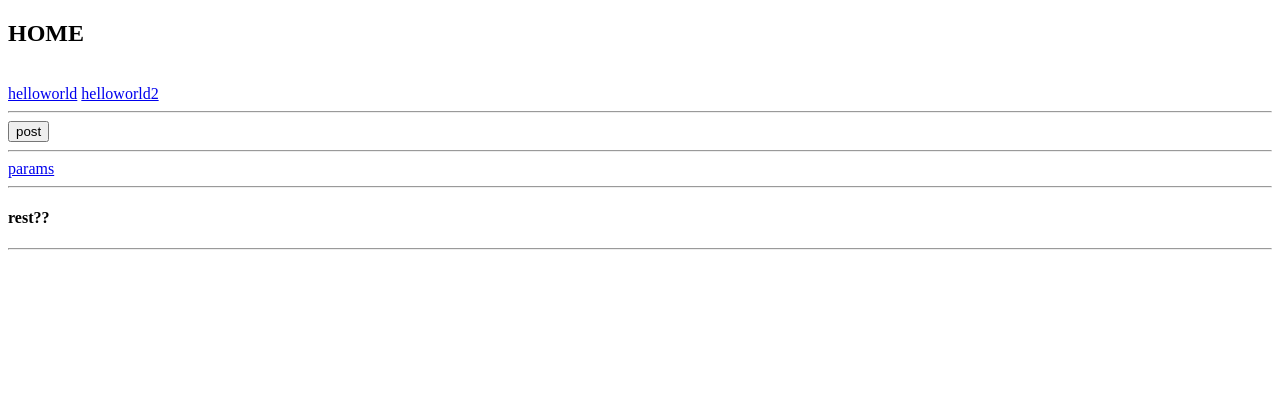
Repository: weiqilin66/workSpaceXD
Page: http://localhost/springmvc-1/
The author's editor kept a copy of each file at every save. The page is drawn from the files as they stood at one save, then again after the next save.
The browser window is 1280 px wide. The pictures show the whole page.
The page is served by Tomcat 9. Other server files are loaded and not shown.

Above is the page before, as saved 2019-09-18 08:37:47.

### workspace/eclipseworkspace/ws01-study/springmvc-1/WebContent/index.jsp
<%@ page language="java" contentType="text/html; charset=ISO-8859-1"
    pageEncoding="UTF-8"%>
<!DOCTYPE html>
<html>
<head>
<meta charset="ISO-8859-1">
<title>Insert title here</title>
</head>
<body>
<h2>HOME</h2>
<br>
<a href="helloworld"> helloworld</a>
<a href="test/helloworld"> helloworld2</a>
<hr>
<!-- form表单指定method 默认是get -->
<form action="test/helloworldpost" method="post">
<input value="post" type="submit">
</form>
<hr>
<a href="test/params?username=joy&age=11"> params</a>
<hr>
<h4>rest风格</h4>
<hr>
<br>
<form action="test/testrest" method="post">
<input  type="hidden" name="_method" value="DELETE">
</form>
<br>
<br>
<br>
<br>
<br>
<br>
</body>
</html>

After the next save:
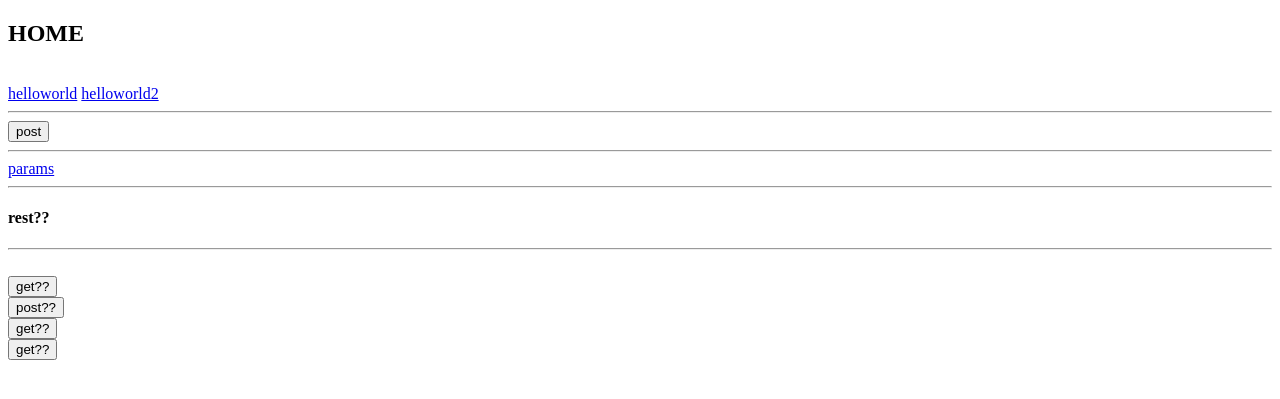
Saved 3 min 30 s later.
--- a/workspace/eclipseworkspace/ws01-study/springmvc-1/WebContent/index.jsp
+++ b/workspace/eclipseworkspace/ws01-study/springmvc-1/WebContent/index.jsp
@@ -22,8 +22,19 @@
 <h4>rest风格</h4>
 <hr>
 <br>
-<form action="test/testrest" method="post">
-<input  type="hidden" name="_method" value="DELETE">
+<form action="rest/get/1" method="get">
+<input type="submit" value="get提交">
+</form>
+<form action="rest/post" method="post">
+<input type="submit" value="post提交">
+</form>
+<form action="rest/put/3" method="post">
+<input  type="hidden" name="_method" value="put">
+<input type="submit" value="get提交">
+</form>
+<form action="rest/delete/4" method="post">
+<input  type="hidden" name="_method" value="delete">
+<input type="submit" value="get提交">
 </form>
 <br>
 <br>
